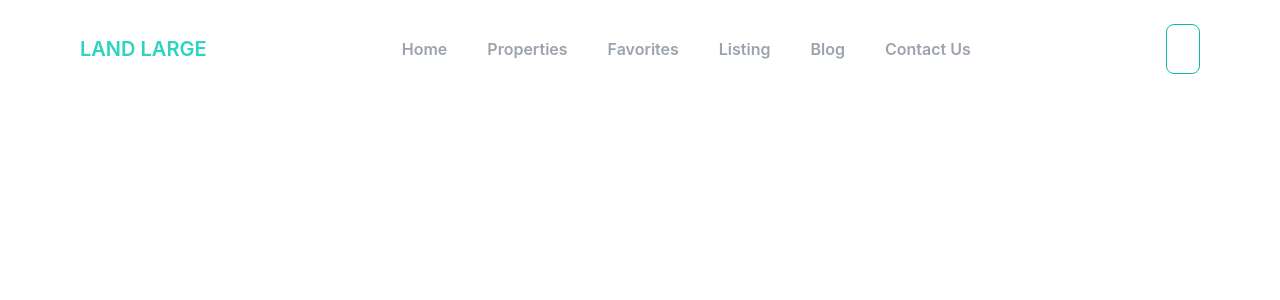
Repository: MuniruIssah/realestate
Page: /
An editor plug-in stored every save of this project. The page is shown before and after a run of saves, followed by the edit.
The browser window is 1280 px wide. The pictures show the whole page.
The project was rebuilt for these pictures with package versions that can differ from the ones it lists, and the page was loaded fresh each time. Also part of the build but not shown: src/App.css.

Above is the page before, as saved 2022-02-19 21:35:43.

After the next 3 saves:
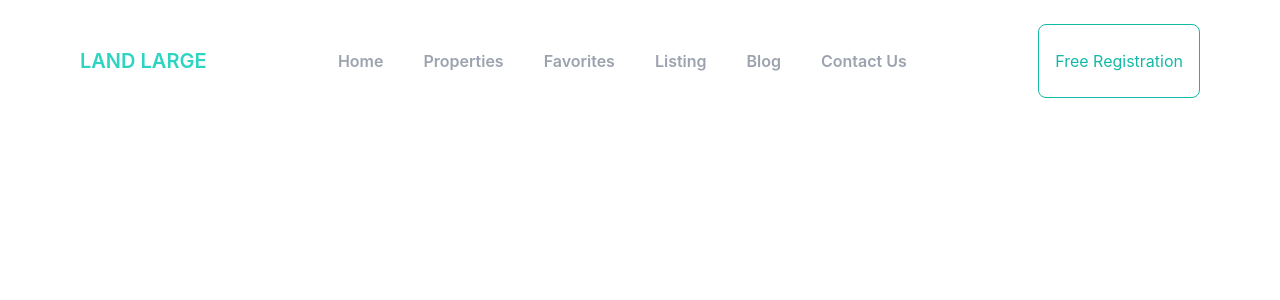
The 3 saves are shown as one change because they came seconds apart.
The last was saved 10 s later.
--- a/src/components/Header.js
+++ b/src/components/Header.js
@@ -17,7 +17,7 @@ const Header = () => {
         ))}
       </div>
       <button className="text-teal-500 border border-teal-500 rounded rounded-lg py-6 px-4">
-
+          Free Registration
       </button>
     </div>
   );
